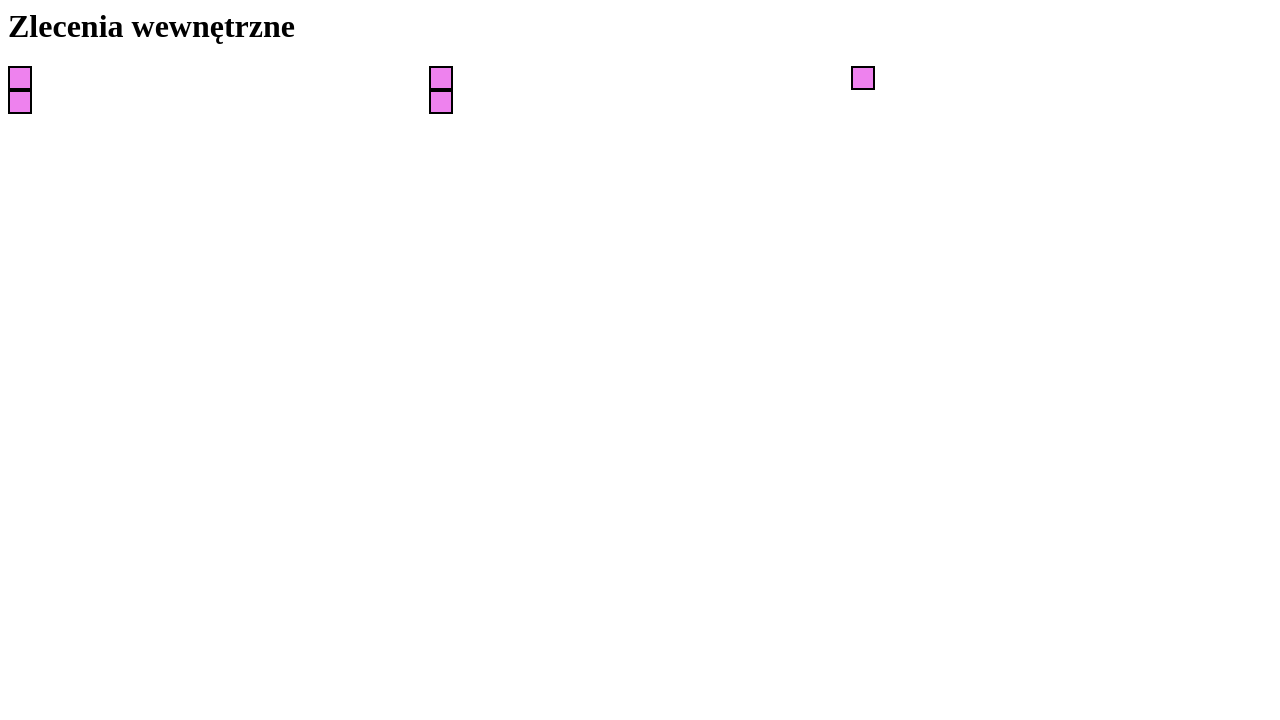
Repository: emdes515/EHpanel
Page: html/dashboardZleceniaWewnetrzne.html
An editor plug-in stored every save of this project. The page is shown before and after the next save, followed by the edit.
The browser window is 1280 px wide. The pictures show the whole page.

Above is the page before, as saved 2024-04-18 08:21:26.

### html/dashboardZleceniaWewnetrzne.html
<style>
	h2 {
		font-size: 15px;
		margin-top: 10px;
	}

	.gridWrapper {
		display: grid;
		grid-template-columns: 1fr 1fr 1fr;
		grid-template-rows: 1fr 1fr;
	}

	.element {
		background-color: violet;
		width: 20px;
		height: 20px;
		border: 2px solid black;
	}
</style>

<h1 class="text-center w-100">Zlecenia wewnętrzne</h1>

<div class="gridWrapper">
	<div class="element"></div>
	<div class="element"></div>
	<div class="element"></div>
	<div class="element"></div>
	<div class="element"></div>
</div>

<!-- <div
	class="d-grid container-fluid text-center"
	style="height: 90%">
	<div class="row">
		<div
			class="col border-primary"
			id="dashboardZleceniaWewnetrzneDzialyZglaszajace">
			<h2 style="height: 10%">Działy zgłaszające</h2>
			<div id="dashboardZleceniaWewnetrzneDzialyZglaszajacePulpit"></div>
		</div>

		<div
			class="col border-primary"
			id="dashboardZleceniaWewnetrzneRodzajeWnioskowanejPracy">
			<h2 style="height: 10%">Rodzaje wnioskowanej parcy</h2>
			<div id="dashboardZleceniaWewnetrzneRodzajeWnioskowanejPracyPulpit"></div>
		</div>

		<div
			class="col border-primary"
			id="dashboardZleceniaWewnetrzneRodzajeZalaczanychDokumentow">
			<h2 style="height: 10%">Rodzaje zalączanych dokumentów</h2>
			<div id="dashboardZleceniaWewnetrzneRodzajeZalaczanychDokumentowPulpit"></div>
		</div>
	</div>

	<div class="row">
		<div
			class="col-4"
			id="dashboardZleceniaWewnetrzneRynki">
			<h2 style="height: 10%">Wewnętrze rynki</h2>
			<div id="dashboardZleceniaWewnetrzneRynkiPulpit"></div>
		</div>

		<div
			class="col-4"
			id="dashboardZleceniaWewnetrzneTypyWnioskow">
			<h2 style="height: 15%">Wewnetrzne typy wniosków</h2>
			<div id="dashboardZleceniaWewnetrzneTypyWnioskowPulpit"></div>
		</div>
	</div>

	<script
		type="text/javascript"
		src="js/dashboardZleceniaWewnetrzne.js"></script>
</div> -->

After the next save:
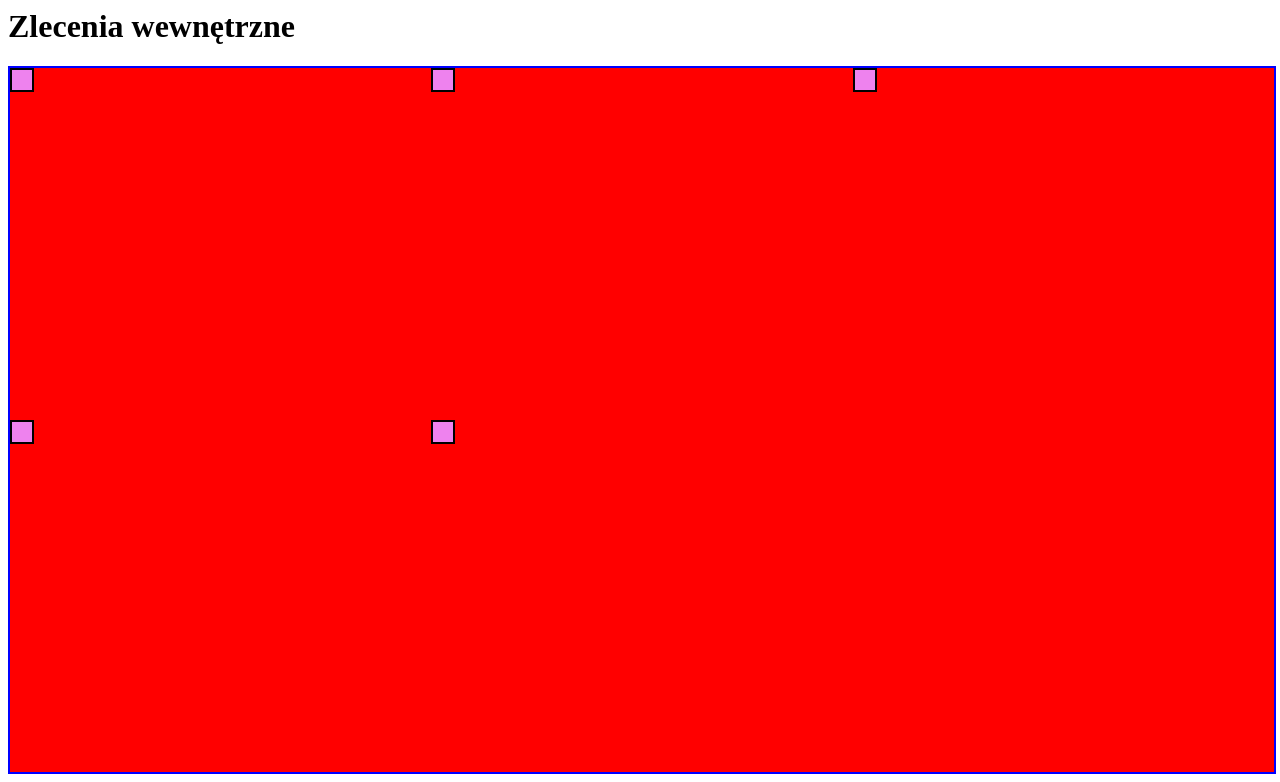
Saved 15 s later.
--- a/html/dashboardZleceniaWewnetrzne.html
+++ b/html/dashboardZleceniaWewnetrzne.html
@@ -8,6 +8,10 @@
 		display: grid;
 		grid-template-columns: 1fr 1fr 1fr;
 		grid-template-rows: 1fr 1fr;
+		width: 100%;
+		height: 100%;
+		border: 2px solid blue;
+		background-color: red;
 	}
 
 	.element {
